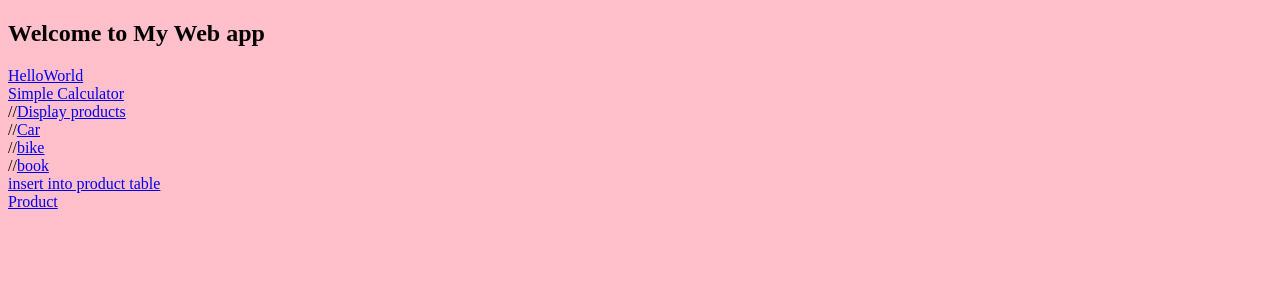
Repository: Sreenidhi5/visatraining
Page: mywebapp/src/main/webapp/index.html
The author's editor kept a copy of each file at every save. The page is drawn from the files as they stood at one save, then again after the next save.
The browser window is 1280 px wide. The pictures show the whole page.

Above is the page before, as saved 2019-07-19 11:54:23.

### mywebapp/src/main/webapp/index.html
<!DOCTYPE html>
<html>
<head>
<meta charset="UTF-8">
<title>Home page</title>
</head>
<body bgcolor="pink">
<h2> Welcome to My Web app</h2>

<a href = helloworld>HelloWorld</a><br>
<a href = Calci.html>Simple Calculator</a><br>
//<a href = product.html>Display products</a><br>
//<a href = car.html>Car</a><br>
//<a href = bikes.html>bike</a><br>
//<a href = books.html>book</a><br>

<a href = insert.html>insert into product table</a><br>

<a href = Product.jsp>Product</a><br>




</body>
</html>

After the next save:
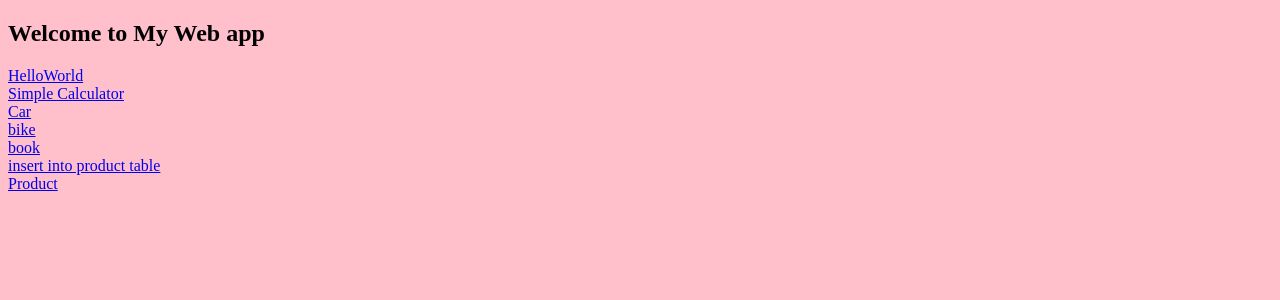
Saved 105 s later.
--- a/mywebapp/src/main/webapp/index.html
+++ b/mywebapp/src/main/webapp/index.html
@@ -9,10 +9,9 @@
 
 <a href = helloworld>HelloWorld</a><br>
 <a href = Calci.html>Simple Calculator</a><br>
-//<a href = product.html>Display products</a><br>
-//<a href = car.html>Car</a><br>
-//<a href = bikes.html>bike</a><br>
-//<a href = books.html>book</a><br>
+<a href = car.html>Car</a><br>
+<a href = bikes.html>bike</a><br>
+<a href = books.html>book</a><br>
 
 <a href = insert.html>insert into product table</a><br>
 
